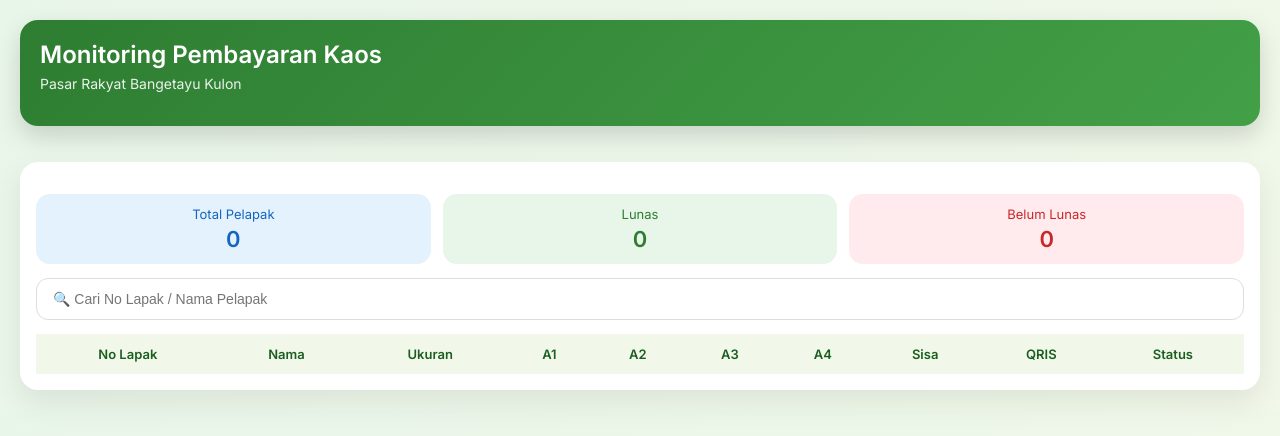
Repository: pasarrakyatbak/monitoringpembayarankaos
Page: index.html
These files come from the project's save history. The page is drawn as it stood at one moment and after the next save; the edit follows.
The browser window is 1280 px wide. The pictures show the whole page.
The page's requests for data from a server got no answer.

Above is the page before, as saved 2026-01-04 13:55:45.

### index.html
<!DOCTYPE html>
<html lang="id">

<head>
    <meta charset="UTF-8">
    <meta name="viewport" content="width=device-width, initial-scale=1.0">
    <title>Monitoring Pembayaran Kaos</title>

    <!-- FONT -->
    <link rel="preconnect" href="https://fonts.googleapis.com">
    <link rel="preconnect" href="https://fonts.gstatic.com" crossorigin>
    <link href="https://fonts.googleapis.com/css2?family=Inter:wght@400;500;600&display=swap" rel="stylesheet">

    <link rel="stylesheet" href="style.css">
</head>

<body>

    <div class="app">

        <!-- HEADER -->
        <header class="header">
            <h1>Monitoring Pembayaran Kaos</h1>
            <p>Pasar Rakyat Bangetayu Kulon</p>
        </header>
        <div class="summary" id="summary"></div>
        <!-- CARD -->
        <div class="card">

            <!-- RINGKASAN -->
            <div class="summary" id="summary">
                <div class="summary-card total">
                    <span>Total Pelapak</span>
                    <strong id="totalPelapak">0</strong>
                </div>
                <div class="summary-card lunas">
                    <span>Lunas</span>
                    <strong id="totalLunas">0</strong>
                </div>
                <div class="summary-card belum">
                    <span>Belum Lunas</span>
                    <strong id="totalBelum">0</strong>
                </div>
            </div>

            <!-- TOOLBAR -->
            <div class="toolbar">
                <input type="text" id="searchInput" placeholder="🔍 Cari No Lapak / Nama Pelapak">
            </div>

            <!-- DESKTOP TABLE -->
            <div class="desktop-view">
                <table>
                    <thead>
                        <tr>
                            <th>No Lapak</th>
                            <th>Nama</th>
                            <th>Ukuran</th>
                            <th>A1</th>
                            <th>A2</th>
                            <th>A3</th>
                            <th>A4</th>
                            <th>Sisa</th>
                            <th>QRIS</th>
                            <th>Status</th>
                        </tr>
                    </thead>
                    <tbody id="tableBody"></tbody>
                </table>
            </div>

            <!-- MOBILE CARD -->
            <div class="mobile-view" id="cardContainer"></div>

        </div>

    </div>

    <script src="script.js"></script>
</body>

</html>

### style.css
* {
  box-sizing: border-box;
}

body {
  margin: 0;
  font-family: 'Inter', sans-serif;
  background: linear-gradient(135deg, #e8f5e9, #f1f8e9);
}

.app {
  max-width: 1400px;
  margin: auto;
  padding: 20px;
}

/* ================= HEADER ================= */
.header {
  background: linear-gradient(135deg, #2e7d32, #43a047);
  color: #fff;
  padding: 20px;
  border-radius: 18px;
  box-shadow: 0 10px 25px rgba(0, 0, 0, .15);
}

.header h1 {
  margin: 0;
  font-size: 24px;
}

.header p {
  margin-top: 6px;
  opacity: .9;
  font-size: 14px;
}

/* ================= CARD ================= */
.card {
  margin-top: 20px;
  background: #fff;
  border-radius: 18px;
  padding: 16px;
  box-shadow: 0 12px 30px rgba(0, 0, 0, .08);
}

/* ================= SUMMARY ================= */
.summary {
  display: grid;
  grid-template-columns: repeat(3, 1fr);
  gap: 12px;
  margin-bottom: 14px;
}

.summary-card {
  background: #f5f5f5;
  border-radius: 14px;
  padding: 12px;
  text-align: center;
  font-size: 13px;
}

.summary-card strong {
  display: block;
  font-size: 22px;
  margin-top: 4px;
}

.summary-card.total {
  background: #e3f2fd;
  color: #1565c0;
}

.summary-card.lunas {
  background: #e8f5e9;
  color: #2e7d32;
}

.summary-card.belum {
  background: #ffebee;
  color: #c62828;
}

/* ================= TOOLBAR ================= */
.toolbar input {
  width: 100%;
  padding: 12px 16px;
  border-radius: 12px;
  border: 1px solid #ddd;
  font-size: 14px;
}

.toolbar input:focus {
  outline: none;
  border-color: #2e7d32;
}

/* ================= TABLE ================= */
.desktop-view {
  overflow-x: auto;
}

table {
  width: 100%;
  border-collapse: collapse;
  margin-top: 14px;
  min-width: 1000px;
}

thead th {
  background: #f1f8e9;
  color: #1b5e20;
  padding: 12px;
  font-size: 13px;
  position: sticky;
  top: 0;
}

tbody td {
  padding: 12px;
  font-size: 13px;
  text-align: center;
  border-bottom: 1px solid #eee;
}

tbody tr:hover {
  background: #fafafa;
}

/* 🔴 AUTO MERAH BELUM LUNAS */
tr.belum-lunas {
  background: #ffebee !important;
}

tr.belum-lunas:hover {
  background: #ffcdd2 !important;
}

/* ================= BADGE ================= */
.badge {
  padding: 4px 10px;
  border-radius: 20px;
  font-size: 12px;
  font-weight: 600;
}

.badge-lunas {
  background: #e8f5e9;
  color: #2e7d32;
}

.badge-belum {
  background: #fff3e0;
  color: #ef6c00;
}

.badge-yes {
  background: #e3f2fd;
  color: #1565c0;
}

.badge-no {
  background: #fce4ec;
  color: #c2185b;
}

/* ================= MOBILE CARD ================= */
.mobile-view {
  display: none;
  margin-top: 16px;
  gap: 14px;
}

.pelapak-card {
  background: #fff;
  border-radius: 16px;
  padding: 14px;
  box-shadow: 0 8px 20px rgba(0, 0, 0, .08);
  border-left: 6px solid #2e7d32;
}

/* 🔴 CARD MERAH BELUM LUNAS */
.pelapak-card.belum-lunas {
  border-left-color: #c62828;
  background: #fff5f5;
}

.pelapak-header {
  display: flex;
  justify-content: space-between;
  align-items: center;
}

.lapak {
  font-weight: 600;
  color: #1b5e20;
}

.nama {
  font-size: 13px;
  color: #555;
}

.pelapak-body {
  margin-top: 10px;
  display: grid;
  grid-template-columns: repeat(2, 1fr);
  gap: 8px;
}

.item {
  background: #f1f8e9;
  border-radius: 10px;
  padding: 8px;
  text-align: center;
  font-size: 12px;
}

.item span {
  display: block;
  font-size: 11px;
  color: #666;
}

/* SUMMARY */
.summary {
  display: grid;
  grid-template-columns: repeat(auto-fit, minmax(160px, 1fr));
  gap: 12px;
  margin-top: 16px;
}

.summary-box {
  background: #ffffff;
  border-radius: 14px;
  padding: 14px;
  box-shadow: 0 6px 18px rgba(0, 0, 0, .08);
}

.summary-box span {
  font-size: 12px;
  color: #666;
}

.summary-box strong {
  display: block;
  margin-top: 4px;
  font-size: 18px;
  color: #2e7d32;
}

/* AUTO MERAH BELUM LUNAS */
tr.belum-lunas {
  background: #fff5f5;
}

.pelapak-card.belum-lunas {
  border-left: 6px solid #d32f2f;
}

/* BADGE BELUM */
.badge-belum {
  background: #ffebee;
  color: #c62828;
}

/* ================= RESPONSIVE ================= */
@media (max-width: 768px) {

  .desktop-view {
    display: none;
  }

  .mobile-view {
    display: grid;
    grid-template-columns: 1fr;
    gap: 16px;
  }

  .summary {
    grid-template-columns: 1fr;
  }

  .lapak {
    font-size: 16px;
  }

  .nama {
    font-size: 14px;
  }

  .pelapak-body {
    font-size: 13px;
  }

  .item.full {
    grid-column: span 2;
  }

  .item strong {
    font-weight: 600;
    color: #2e7d32;
  }
}

### script.js
const API_URL = "https://script.google.com/macros/s/AKfycby4z2qZ24SrJkcyGpybH29lSUC_3_z1LG-7wSmTzpaOEXrwjXf0Cl3hqkg95qAxPj1-/exec";

let allData = [];

document.addEventListener('DOMContentLoaded', () => {
    const searchInput = document.getElementById('searchInput');
    const tableBody = document.getElementById('tableBody');
    const cardContainer = document.getElementById('cardContainer');
    const summary = document.getElementById('summary');

    // =============================
    // LOAD DATA
    // =============================
    async function loadData() {
        const res = await fetch(API_URL + "?action=list");
        const data = await res.json();
        allData = data;
        renderAll(data);
        renderSummary(data);
    }

    // =============================
    // SUMMARY
    // =============================
    function renderSummary(data) {
        const totalPelapak = data.length;
        const lunas = data.filter(d => d.lunas).length;
        const belum = totalPelapak - lunas;
        const totalNominal = data.reduce((sum, d) => sum + Number(d.total), 0);

        summary.innerHTML = `
      <div class="summary-box">
        <span>Total Pelapak</span>
        <strong>${totalPelapak}</strong>
      </div>
      <div class="summary-box">
        <span>Lunas</span>
        <strong>${lunas}</strong>
      </div>
      <div class="summary-box">
        <span>Belum Lunas</span>
        <strong>${belum}</strong>
      </div>
      <div class="summary-box">
        <span>Total Nominal</span>
        <strong>Rp ${totalNominal.toLocaleString('id-ID')}</strong>
      </div>
    `;
    }

    // =============================
    // RENDER ALL
    // =============================
    function renderAll(data) {
        renderTable(data);
        renderCard(data);
    }

    // =============================
    // TABLE (DESKTOP)
    // =============================
    function renderTable(data) {
        tableBody.innerHTML = '';

        data.forEach((row, index) => {
            const statusText = row.lunas ? 'Lunas' : 'Belum';
            const statusBadge = row.lunas ? 'badge-lunas' : 'badge-belum';
            const rowClass = row.lunas ? '' : 'belum-lunas';

            tableBody.innerHTML += `
        <tr class="${rowClass}">
          <td>${row.noLapak}</td>
          <td>${row.nama}</td>
          <td>${row.ukuran}</td>
          <td>${row.a1}</td>
          <td>${row.a2}</td>
          <td>${row.a3}</td>
          <td>${row.a4}</td>
          <td>Rp ${Number(row.total).toLocaleString('id-ID')}</td>
          <td>
            <input type="checkbox" ${row.qris ? 'checked' : ''} data-index="${index}">
          </td>
          <td>
            <span class="badge ${statusBadge}">${statusText}</span>
          </td>
        </tr>
      `;
        });
    }

    // =============================
    // CARD (MOBILE)
    // =============================
    function renderCard(data) {
        cardContainer.innerHTML = '';

        data.forEach((row, index) => {
            const statusText = row.lunas ? 'Lunas' : 'Belum';
            const statusBadge = row.lunas ? 'badge-lunas' : 'badge-belum';
            const cardClass = row.lunas ? '' : 'belum-lunas';

            cardContainer.innerHTML += `
        <div class="pelapak-card ${cardClass}">
          <div class="pelapak-header">
            <div>
              <div class="lapak">Lapak ${row.noLapak}</div>
              <div class="nama">${row.nama}</div>
            </div>
            <span class="badge ${statusBadge}">${statusText}</span>
          </div>

          <div class="pelapak-body">
            <div class="item"><span>Ukuran</span><strong>${row.ukuran}</strong></div>
            <div class="item">
              <span>QRIS</span>
              <input type="checkbox" ${row.qris ? 'checked' : ''} data-index="${index}">
            </div>
            <div class="item"><span>A1</span><strong>${row.a1}</strong></div>
            <div class="item"><span>A2</span><strong>${row.a2}</strong></div>
            <div class="item"><span>A3</span><strong>${row.a3}</strong></div>
            <div class="item"><span>A4</span><strong>${row.a4}</strong></div>
            <div class="item full">
              <span>Total</span>
              <strong>Rp ${Number(row.total).toLocaleString('id-ID')}</strong>
            </div>
          </div>
        </div>
      `;
        });
    }

    // =============================
    // UPDATE QRIS
    // =============================
    document.body.addEventListener('change', async (e) => {
        if (e.target.type === 'checkbox' && e.target.dataset.index !== undefined) {
            const index = e.target.dataset.index;

            const formData = new FormData();
            formData.append("action", "updateQRIS");
            formData.append("index", index);
            formData.append("qris", e.target.checked ? "true" : "false");

            await fetch(API_URL, { method: "POST", body: formData });
            loadData();
        }
    });

    // =============================
    // SEARCH
    // =============================
    searchInput.addEventListener('keyup', () => {
        const keyword = searchInput.value.toLowerCase();
        const filtered = allData.filter(item =>
            item.noLapak.toString().includes(keyword) ||
            item.nama.toLowerCase().includes(keyword)
        );
        renderAll(filtered);
        renderSummary(filtered);
    });

    loadData();
});

After the next save:
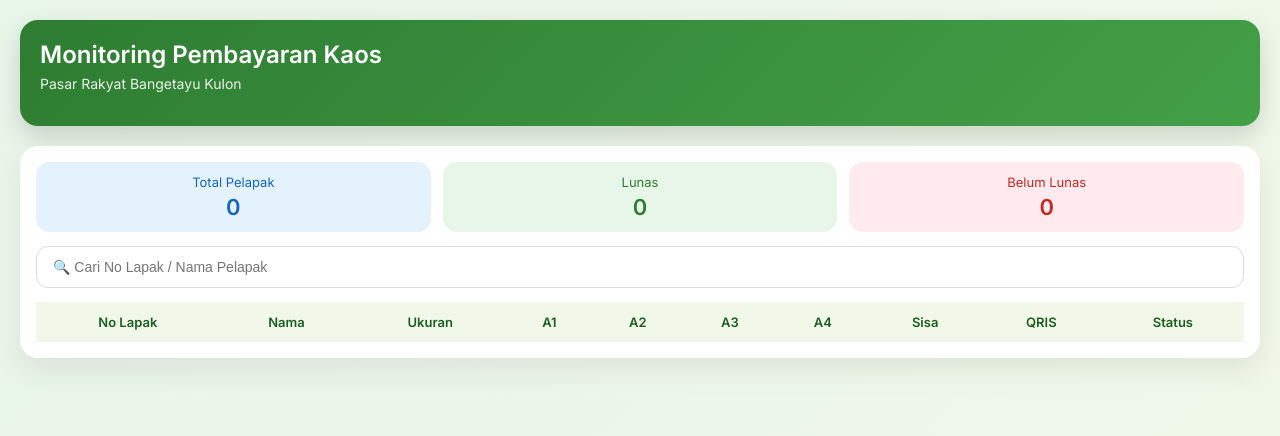
Saved 27 s later.
--- a/style.css
+++ b/style.css
@@ -221,48 +221,6 @@
   color: #666;
 }
 
-/* SUMMARY */
-.summary {
-  display: grid;
-  grid-template-columns: repeat(auto-fit, minmax(160px, 1fr));
-  gap: 12px;
-  margin-top: 16px;
-}
-
-.summary-box {
-  background: #ffffff;
-  border-radius: 14px;
-  padding: 14px;
-  box-shadow: 0 6px 18px rgba(0, 0, 0, .08);
-}
-
-.summary-box span {
-  font-size: 12px;
-  color: #666;
-}
-
-.summary-box strong {
-  display: block;
-  margin-top: 4px;
-  font-size: 18px;
-  color: #2e7d32;
-}
-
-/* AUTO MERAH BELUM LUNAS */
-tr.belum-lunas {
-  background: #fff5f5;
-}
-
-.pelapak-card.belum-lunas {
-  border-left: 6px solid #d32f2f;
-}
-
-/* BADGE BELUM */
-.badge-belum {
-  background: #ffebee;
-  color: #c62828;
-}
-
 /* ================= RESPONSIVE ================= */
 @media (max-width: 768px) {
 

After the 3 saves that followed:
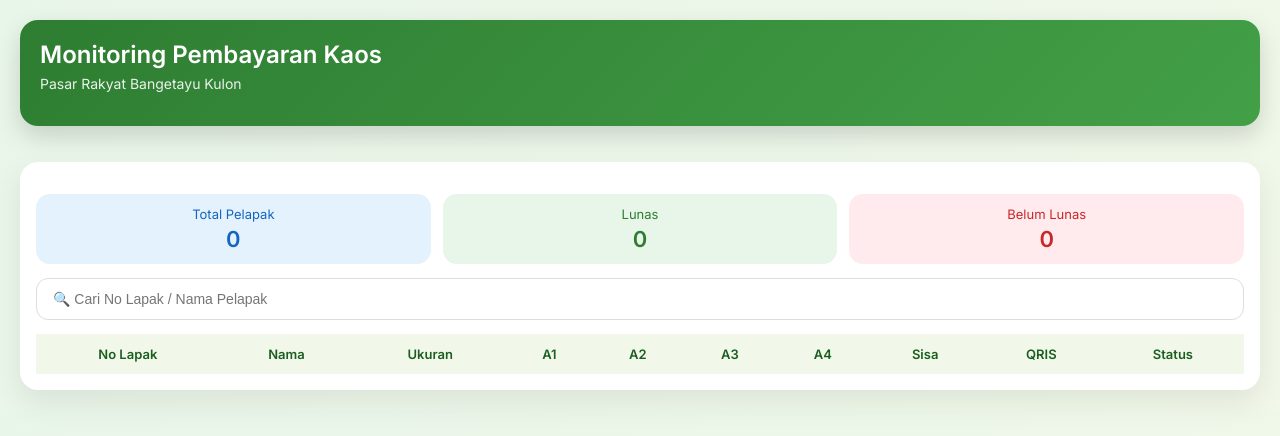
The 3 saves are shown as one change because 2 left the picture as it was.
The last was saved 37 s later.
--- a/style.css
+++ b/style.css
@@ -221,6 +221,48 @@
   color: #666;
 }
 
+/* SUMMARY */
+.summary {
+  display: grid;
+  grid-template-columns: repeat(auto-fit, minmax(160px, 1fr));
+  gap: 12px;
+  margin-top: 16px;
+}
+
+.summary-box {
+  background: #ffffff;
+  border-radius: 14px;
+  padding: 14px;
+  box-shadow: 0 6px 18px rgba(0, 0, 0, .08);
+}
+
+.summary-box span {
+  font-size: 12px;
+  color: #666;
+}
+
+.summary-box strong {
+  display: block;
+  margin-top: 4px;
+  font-size: 18px;
+  color: #2e7d32;
+}
+
+/* AUTO MERAH BELUM LUNAS */
+tr.belum-lunas {
+  background: #fff5f5;
+}
+
+.pelapak-card.belum-lunas {
+  border-left: 6px solid #d32f2f;
+}
+
+/* BADGE BELUM */
+.badge-belum {
+  background: #ffebee;
+  color: #c62828;
+}
+
 /* ================= RESPONSIVE ================= */
 @media (max-width: 768px) {
 
